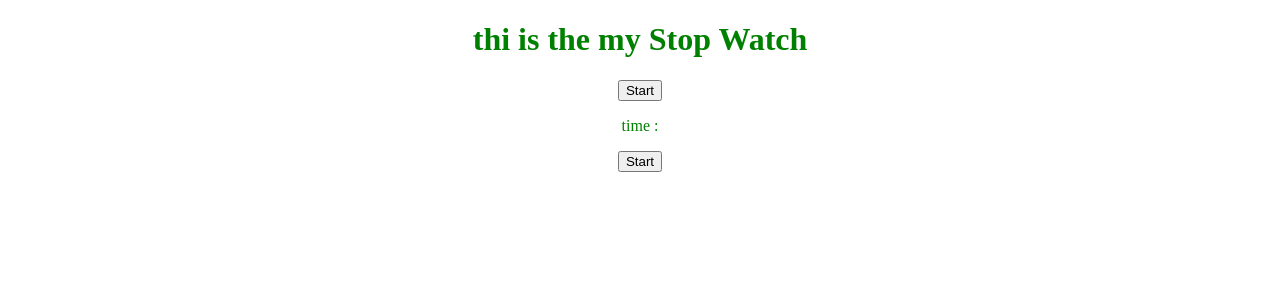
Repository: Gauravyadav678/GcounterApp
Page: / (app in gcounter/)
The author's editor kept a copy of each file at every save. The page is drawn from the files as they stood at one save, then again after the next save.
The browser window is 1280 px wide. The pictures show the whole page.
The project was rebuilt for these pictures with package versions that can differ from the ones it lists, and the page was loaded fresh each time. Also part of the build but not shown: gcounter/src/index.css, gcounter/src/components/typing.js, gcounter/src/counter.js.

Above is the page before, as saved 2024-10-23 16:05:45.

After the next save:
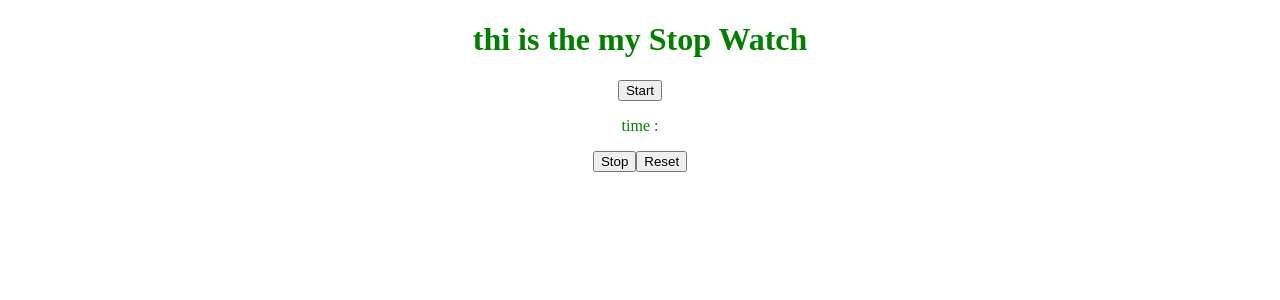
Saved 24 s later.
--- a/gcounter/src/components/stopWatch.js
+++ b/gcounter/src/components/stopWatch.js
@@ -8,7 +8,8 @@ function StopWatch(){
         </h1>
         <button>Start</button>
         <p>time : </p>
-        <button>Start</button>
+        <button>Stop</button>
+        <button>Reset </button>
         </>
     )
 }
